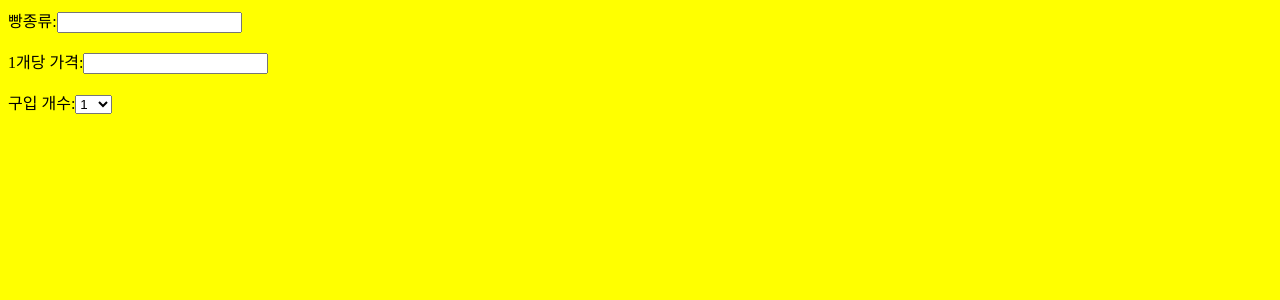
Repository: Hongjeongmin/university
Page: webprograming/test/test/WebContent/b.html
These files come from the project's save history. The page is drawn as it stood at one moment and after the next save; the edit follows.
The browser window is 1280 px wide. The pictures show the whole page.

Above is the page before, as saved 2018-09-17 01:40:55.

After the next save:
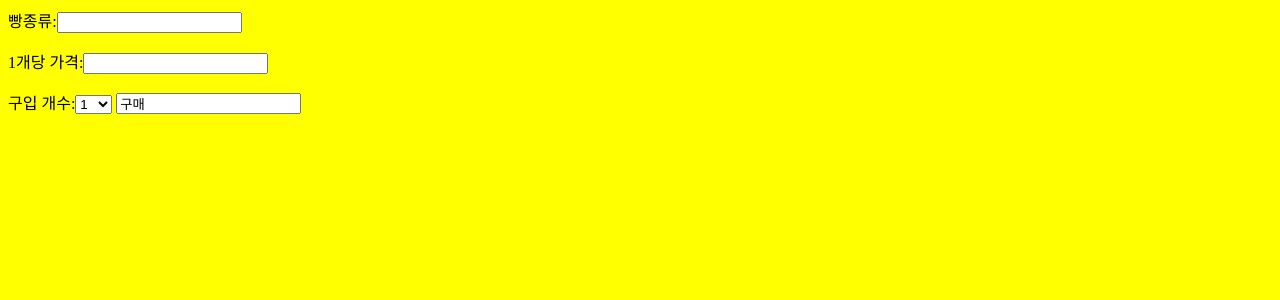
Saved 86 s later.
--- a/webprograming/test/test/WebContent/b.html
+++ b/webprograming/test/test/WebContent/b.html
@@ -15,8 +15,9 @@
 		<option>5</option><option>6</option>
 		<option>7</option><option>8</option>
 		<option>9</option><option>10</option>
+	</select>
 
-	</select>
+<input style="submit" value="구매">
 </form>
 
 </body>
